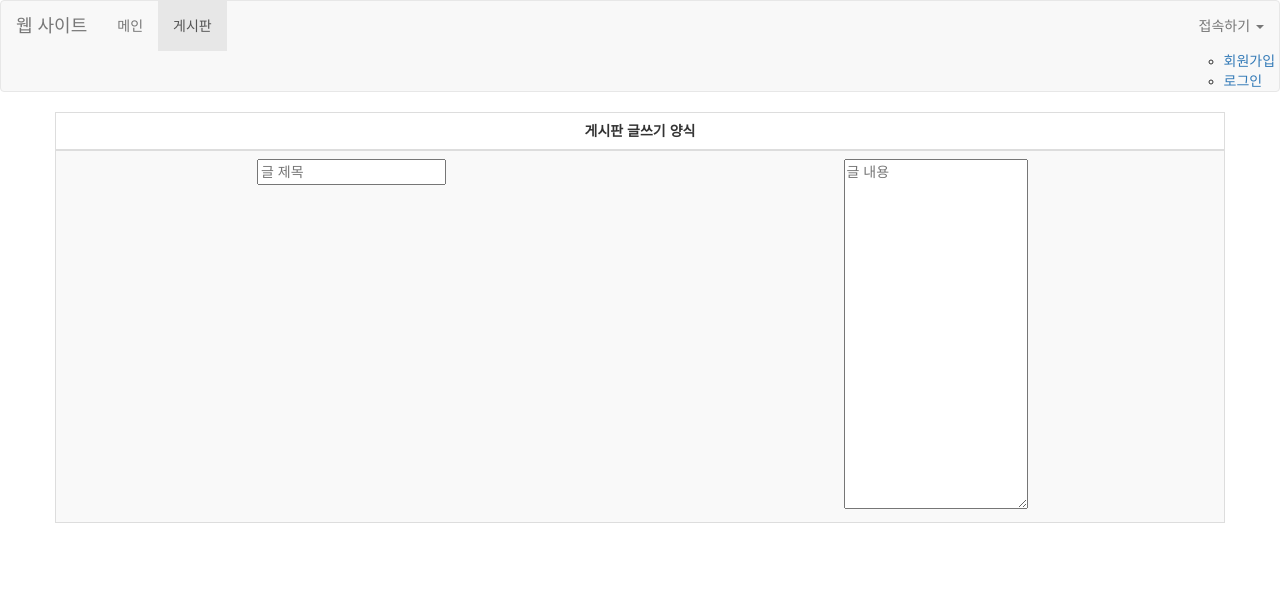
Repository: hayeon/JSP_BBS
Page: http://localhost/BBS/write.jsp
The author's editor kept a copy of each file at every save. The page is drawn from the files as they stood at one save, then again after the next save.
The browser window is 1280 px wide. The pictures show the whole page.
The page is served by Tomcat 9. Other server files are loaded and not shown.

Above is the page before, as saved 2021-07-24 14:07:28.
Console error (its wording comes from the project's code and is left out).

### notice_board/BBS/WebContent/write.jsp
<%@ page language="java" contentType="text/html; charset=UTF-8"
	pageEncoding="UTF-8"%>
<%@ page import="java.io.PrintWriter"%>
<!DOCTYPE html>
<html>
<head>
<meta http-equiv="Content-Type" content="text/html; charset= UTF-8">
<meta name="viewport" content="width=device.width" , initial-scale="1">
<!--부트스트랩은 사이즈가 디바이스마다 깔쌈하게 크기가 변경되게 도와줌  -->
<link rel="stylesheet" href="css/bootstrap.css">
<!--스타일시트 참조, css폴더 안에 부트스트랩 참조-->
<title>JSP 웹 사이트</title>
</head>

<body>
	<%
	//로그인 안 하면 NULL값이 담기게 됨
	String userID = null;
	if (session.getAttribute("userID") != null) {
		userID = (String) session.getAttribute("userID");
	}
	%>
	<nav class="navbar navbar-default">
		<!--네이게이션바-->

		<div class="navbar-header">
			<button type="button" class="navbar-toggle collapsed"
				data-toggle="collapse" data-target="#bs-example-navbar-collapse-1"
				aria-expanded="false">
				<span class="icon-bar"></span>
				<!--아이콘 바에 작대기 그리기 4개 넣었으니 4줄-->
				<span class="icon-bar"></span> <span class="icon-bar"></span> <span
					class="icon-bar"></span>
			</button>

			<a class="navbar-brand" href="main.jsp"> 웹 사이트</a>
		</div>

		<div class="collapse navbar-collapse"
			id="bs-example-navbar-collapse-1">
			<ul class="nav navbar-nav">
				<!--ul은 리스트를 보여줌-->

				<li><a href="main.jsp">메인 </a></li>
				<!-- 메인으로 이동함 -->
				<li class="active"><a href="bbs.jsp">게시판 </a></li>
				<!-- 게시판으로 이동함 -->
			</ul>
			<%
			if (userID == null) { //로그인이 안되었다면
			%>

			<ul class="nav navbar-nav navbar-right">
				<li class="dropdown"><a href="#" class="dropdown-toggle"
					data-toggle="dropdown" role="buttton" aria-haspopup="true"
					aria-expanded="false">접속하기 <span class="caret"></span></a>

					<ul class="dropdowon-menu">
						<li><a href="join.jsp">회원가입</a></li>
						<li><a href="login.jsp">로그인</a></li>

						<!-- 액티브는 단 한개의 홈페이지에만 선택된 홈페이지 의미 -->

					</ul></li>
			</ul>
			<%
			} else {
			%>
			<ul class="nav navbar-nav navbar-right">
				<li class="dropdown"><a href="#" class="dropdown-toggle"
					data-toggle="dropdown" role="buttton" aria-haspopup="true"
					aria-expanded="false">회원관리 <span class="caret"></span></a>
					<ul class="dropdowon-menu">
						<li><a href="logoutAction.jsp">로그아웃</a></li>

					</ul></li>
			</ul>
			<%
			}
			%>

		</div>
	</nav>
	<div class="container">
		<div class="row">
			<table class="table table-striped"
				style="text-align: center; border: 1px solid #dddddd">
				<thead>
					<tr>
						<th colspan ="2" style="background-color: #eeeee; text-align: center;">게시판 글쓰기 양식</th>

					</tr>
				</thead>
				<tbody>
				<tr>
				<td><input type="text" clas= "form-control" placeholder="글 제목" name ="bbsTitle" maxlength ="50"></td>
				<td><textarea type="text" clas= "form-control" placeholder="글 내용" name ="bbsContent"
				maxlength ="2048" style="height:350px;"></textarea></td>
				</tr>
				</tbody>
			</table>

		</div>
	</div>


	<script
		src="https://maxcdn.bootstrapcdn.com/bootstrap/3.3.7/js/bootstrap.min.js"></script>
	<script src="js/bootstrap.js">

	</script>
	<!-- js폴더 안에 부트스트랩 참조 -->
</body>
</html>

Loaded but not shown: notice_board/BBS/WebContent/css/bootstrap.css (library); notice_board/BBS/WebContent/js/bootstrap.js (library)

After the next save:
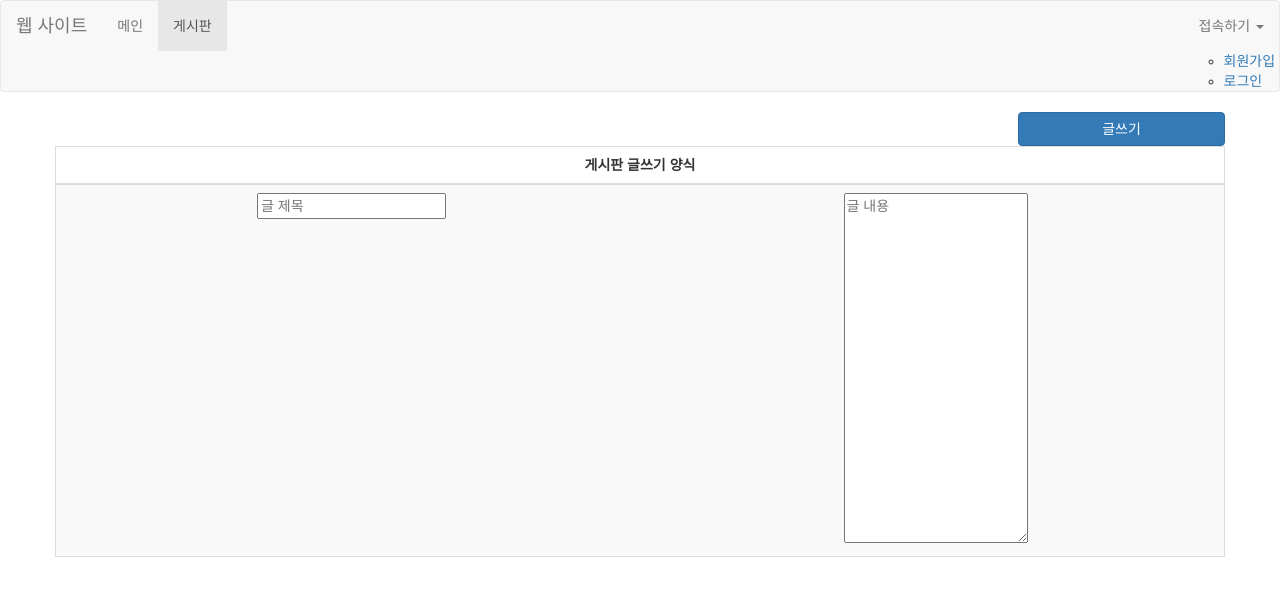
Saved 67 s later.
--- a/notice_board/BBS/WebContent/write.jsp
+++ b/notice_board/BBS/WebContent/write.jsp
@@ -98,6 +98,7 @@
 				maxlength ="2048" style="height:350px;"></textarea></td>
 				</tr>
 				</tbody>
+				<input type ="sumbit" class= "btn btn-primary pull-right" value ="글쓰기">
 			</table>
 
 		</div>
